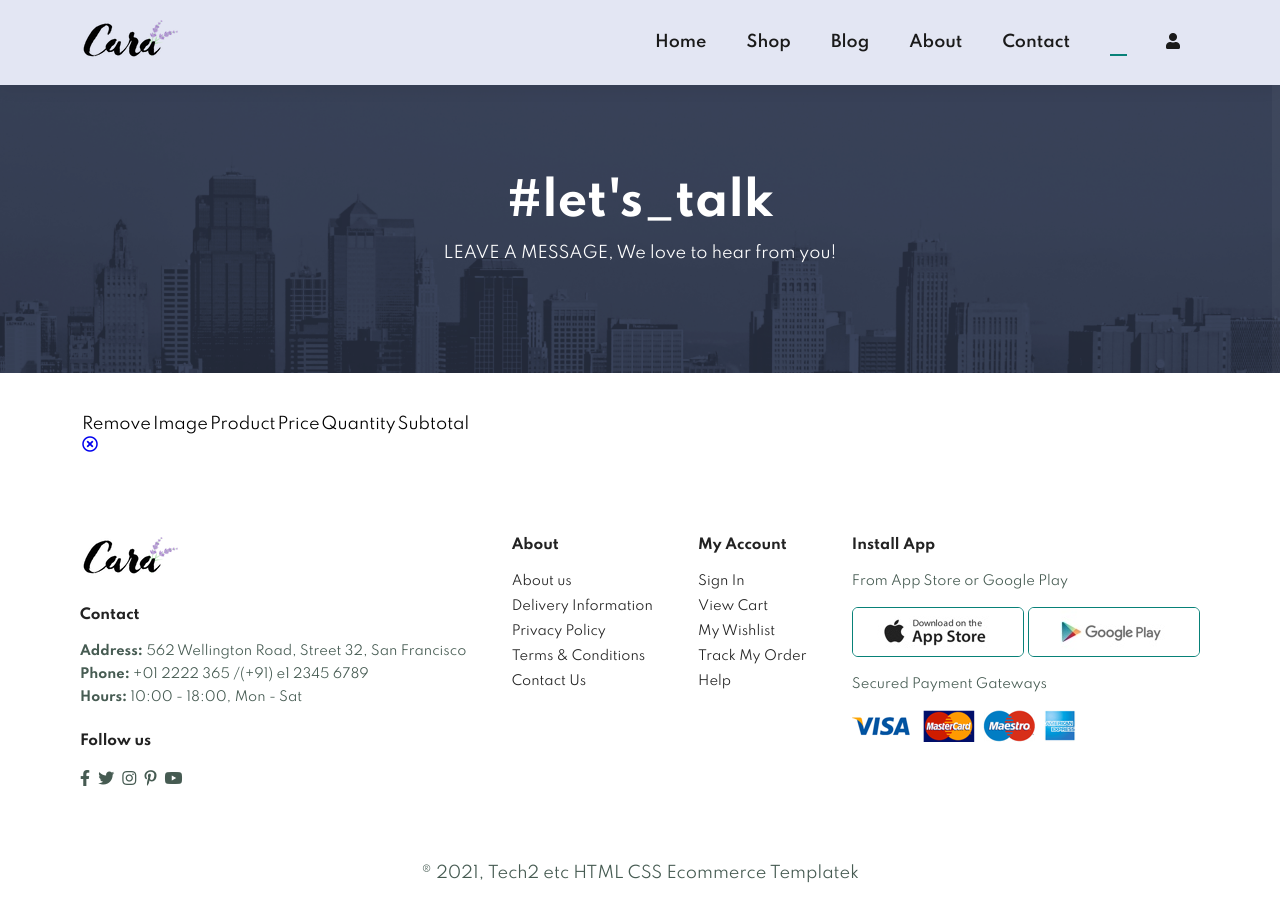
Repository: MinhNhatIT2901/Ecommerce
Page: cart.html
An editor plug-in stored every save of this project. The page is shown before and after the next save, followed by the edit.
The browser window is 1280 px wide. The pictures show the whole page.
Some web libraries are served in a nearby version.

Above is the page before, as saved 2022-01-28 10:37:06.

After the next save:
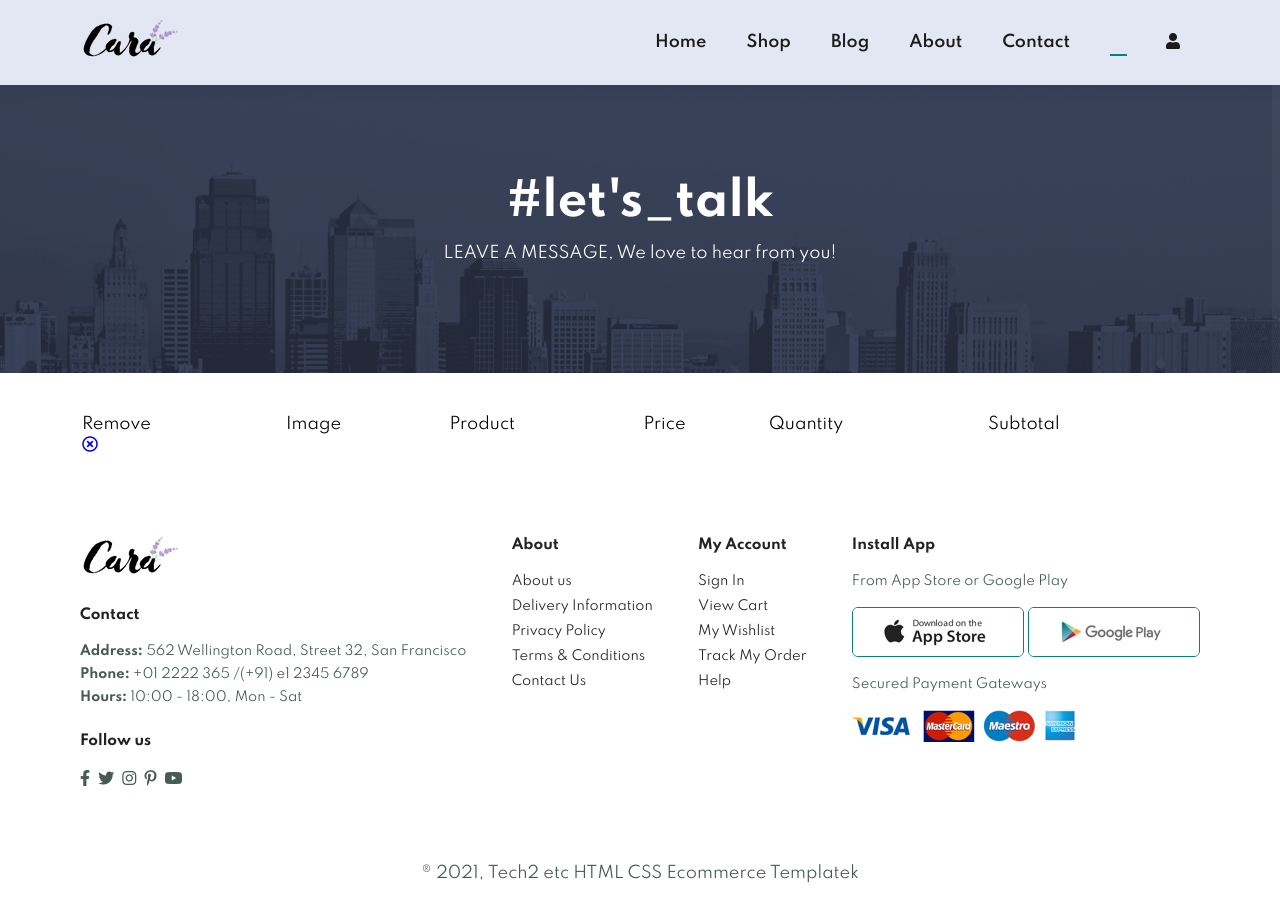
Saved 21 s later.
--- a/cart.html
+++ b/cart.html
@@ -42,7 +42,7 @@
     </section>
 
     <div id="cart" class="section-p1">
-        <table with="100%">
+        <table width="100%">
             <thead>
                 <tr>
                     <td>Remove</td>
